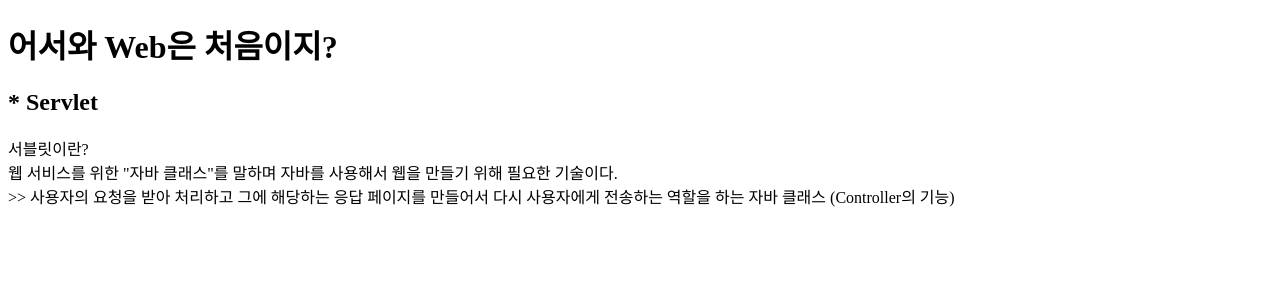
Repository: Young-27/DailyStudy
Page: Server/web-workspace1/1_Servlet/WebContent/index.html
The author's editor kept a copy of each file at every save. The page is drawn from the files as they stood at one save, then again after the next save.
The browser window is 1280 px wide. The pictures show the whole page.

Above is the page before, as saved 2021-04-26 09:18:06.

### Server/web-workspace1/1_Servlet/WebContent/index.html
<!DOCTYPE html>
<html>
<head>
<meta charset="UTF-8">
<title>Insert title here</title>
</head>
<body>

	<h1>어서와 Web은 처음이지?</h1>

	<h2>* Servlet</h2>

	<p>
		서블릿이란? <br>
		웹 서비스를 위한 "자바 클래스"를 말하며 자바를 사용해서 웹을 만들기 위해 필요한 기술이다. <br>
		>> 사용자의 요청을 받아 처리하고 그에 해당하는 응답 페이지를 만들어서 다시 사용자에게 전송하는 역할을 하는 자바 클래스 (Controller의 기능) <br>
	</p>

</body>
</html>

After the next save:
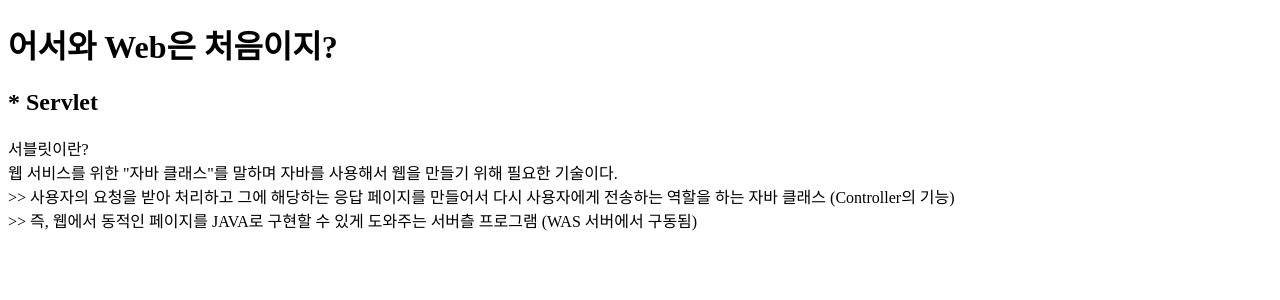
Saved 56 s later.
--- a/Server/web-workspace1/1_Servlet/WebContent/index.html
+++ b/Server/web-workspace1/1_Servlet/WebContent/index.html
@@ -14,6 +14,7 @@
 		서블릿이란? <br>
 		웹 서비스를 위한 "자바 클래스"를 말하며 자바를 사용해서 웹을 만들기 위해 필요한 기술이다. <br>
 		>> 사용자의 요청을 받아 처리하고 그에 해당하는 응답 페이지를 만들어서 다시 사용자에게 전송하는 역할을 하는 자바 클래스 (Controller의 기능) <br>
+		>> 즉, 웹에서 동적인 페이지를 JAVA로 구현할 수 있게 도와주는 서버츨 프로그램 (WAS 서버에서 구동됨)
 	</p>
 
 </body>
